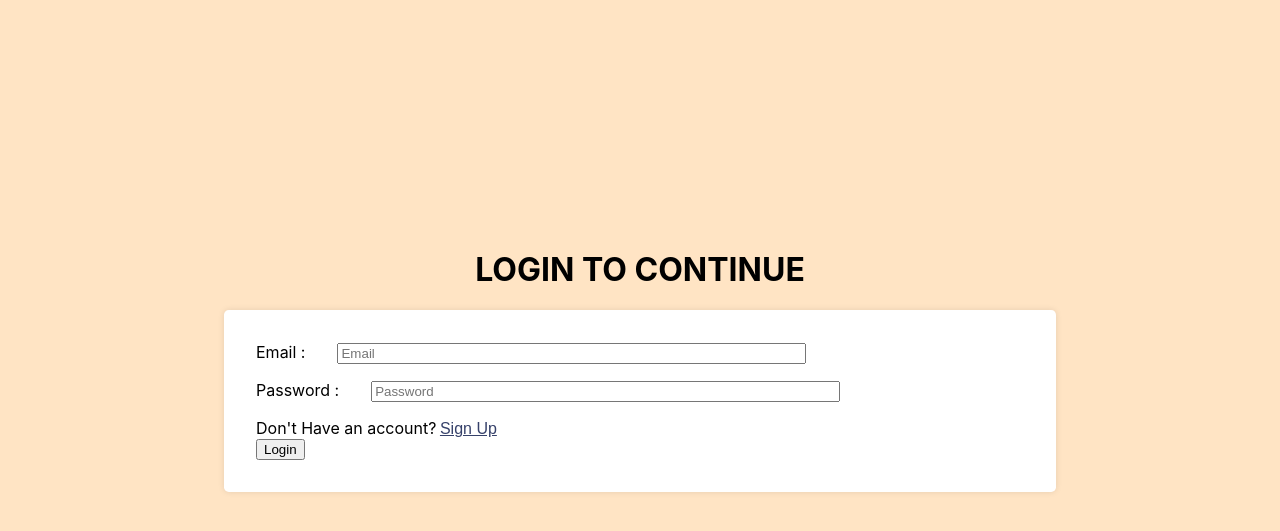
Repository: drumsmanku/test-1
Page: / (app in client/)
An editor plug-in stored every save of this project. The page is shown before and after the next save, followed by the edit.
The browser window is 1280 px wide. The pictures show the whole page.
The project was rebuilt for these pictures with package versions that can differ from the ones it lists, and the page was loaded fresh each time. Also part of the build but not shown: client/src/App.css.

Above is the page before, as saved 2023-08-31 09:56:39.

### client/src/App.js
import './App.css';
import Login from './Components/Login/Login';

function App() {
  return (
    <div className="App">
      <Login/>
    </div>
  );
}

export default App;

### client/src/Components/Login/Login.js
import React from 'react';
import styles from './Login.module.css'

function Login() {
  return (
    <div className={styles.container}>
      <h1>LOGIN TO CONTINUE</h1>
      <div className={styles.loginContainer}>
        <form style={{ width:'100%', display:'flex', flexDirection:'column'}}>
            <div style={{marginBottom:'1rem'}}>
              <label htmlFor="email">Email :</label>
              <input type="email" name='email'   placeholder='Email' style={{width:'60%',marginLeft:'2rem' }} />
            </div>
            <div style={{marginBottom:'1rem'}}>
              <label htmlFor="password">Password :</label>
              <input type="password" name='password'   placeholder='Password' style={{width:'60%',marginLeft:'2rem' }} />
            </div>

            <span style={{}}>Don't Have an account?<button style={{background:'none', color:'#36416A', fontSize:'medium', marginLeft:0, padding:0, width:'4rem', cursor:'pointer', border:'none', textDecoration:'underline'}}>Sign Up</button> </span>

            <div>
              <button className={styles.button}> Login</button>
            </div>
        </form>

      </div>
    </div>
  )
}

export default Login

### client/src/Components/Login/Login.module.css
.container{
  background-color: bisque;
  height: 100vh;
  width: 100%;
  display: flex;
  align-items: center;
  justify-content: center;
  flex-direction: column;
}
.loginContainer{
  width: 60%;
  display: flex;
  background-color: white;
  box-shadow: 0 0 0.4rem 	rgb(0,0,0, 0.1);
  border-radius: 0.3rem;
  padding: 2rem;
  justify-content: center;

}

Loaded but not shown: client/public/index.html (common file); client/src/index.js (common file); client/src/index.css (common file)

After the next save:
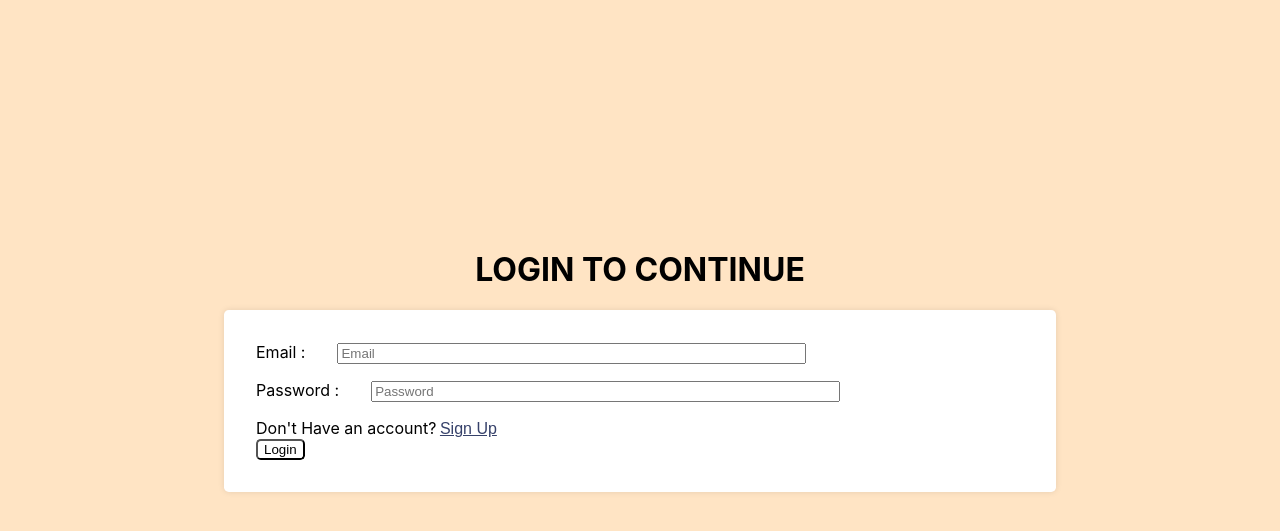
Saved 41 s later.
--- a/client/src/Components/Login/Login.module.css
+++ b/client/src/Components/Login/Login.module.css
@@ -17,3 +17,7 @@
   justify-content: center;
 
 }
+.button{
+  background: none;
+  border-radius: 0.3rem;
+}
